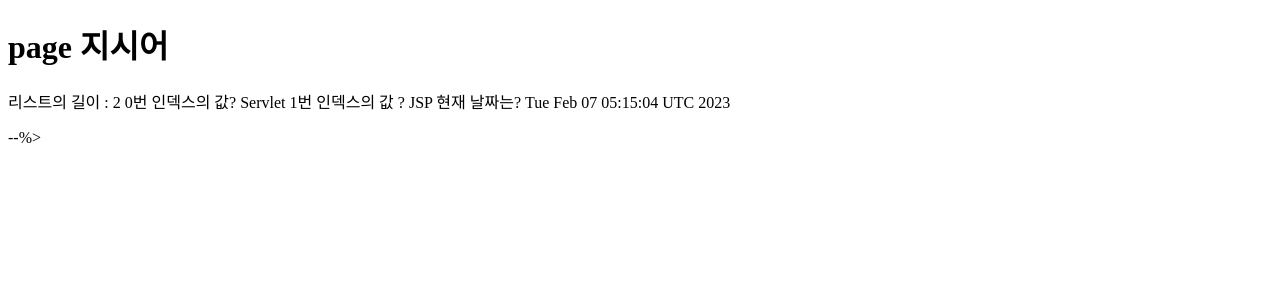
Repository: yejin0220/Web-workspace1
Page: http://localhost/2_JSP/views/02_DirectivePage.jsp
The author's editor kept a copy of each file at every save. The page is drawn from the files as they stood at one save, then again after the next save.
The browser window is 1280 px wide. The pictures show the whole page.
The page is served by Tomcat 9.

Above is the page before, as saved 2023-02-08 05:39:39.

After the next save:
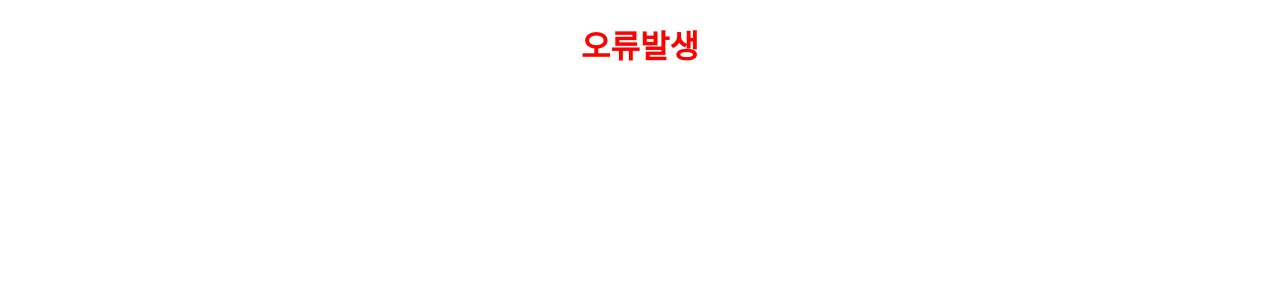
Saved 12 s later.
--- a/2_JSP/WebContent/views/02_DirectivePage.jsp
+++ b/2_JSP/WebContent/views/02_DirectivePage.jsp
@@ -1,6 +1,6 @@
 <%@ page import="java.util.ArrayList, java.util.Date" %>
 <%@ page language="java" contentType="text/html; charset=UTF-8"
-    pageEncoding="UTF-8"%>
+    pageEncoding="UTF-8" errorPage="error500.jsp" %>
 <!DOCTYPE html>
 <html>
 <head>
@@ -29,7 +29,7 @@
 		현재 날짜는? <%= today %>
 	</p>
 
-	<%-- <%= list.get(10) --%> --%>
+	 <%= list.get(10)%>
 
 
 
